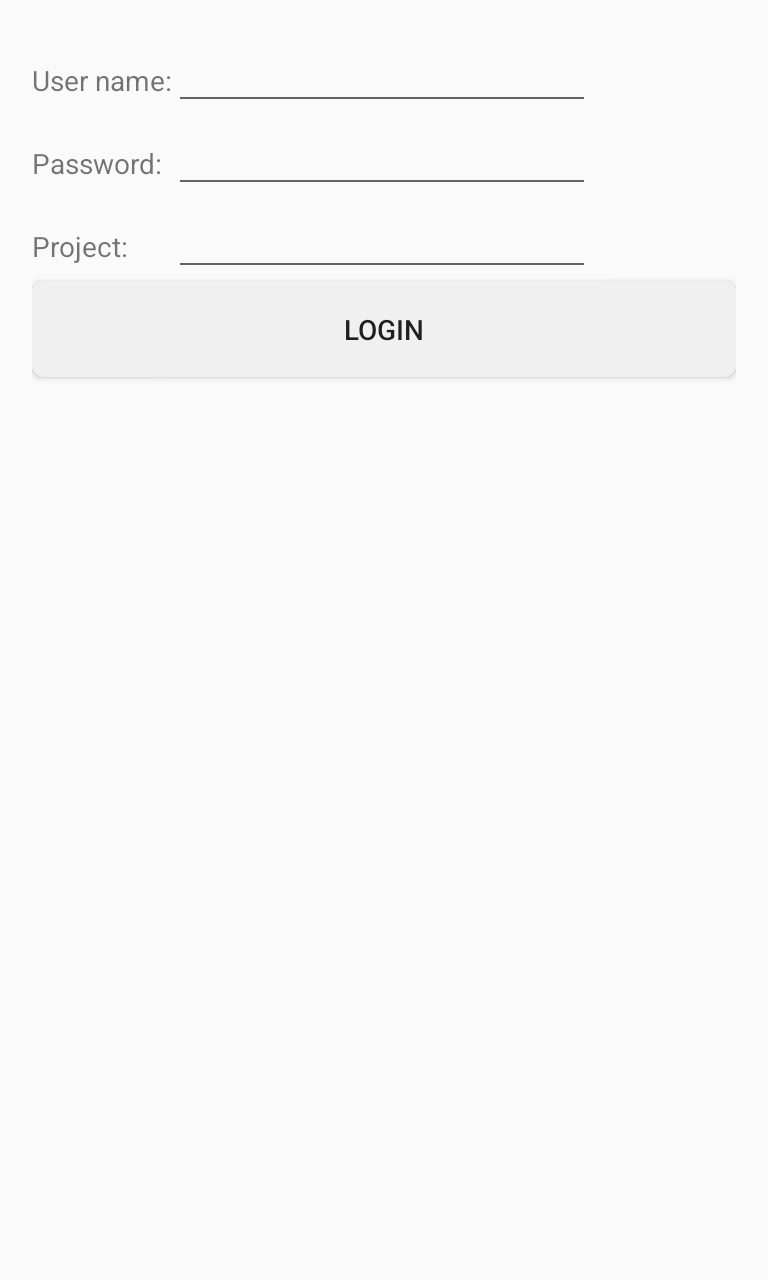
Repository: TheDizzler/shiny-octo-robot
Layout: Qdap/res/layout/fragment_login.xml
An editor plug-in stored every save of this project. The layout is shown before and after a run of saves, followed by the edit.
It is drawn on a 768 x 1280 px phone screen (xhdpi) without system bars, with theme AppTheme; the app's code is not run.

Above is the layout before, as saved 2014-05-14 22:38:00.

After the next 2 saves:
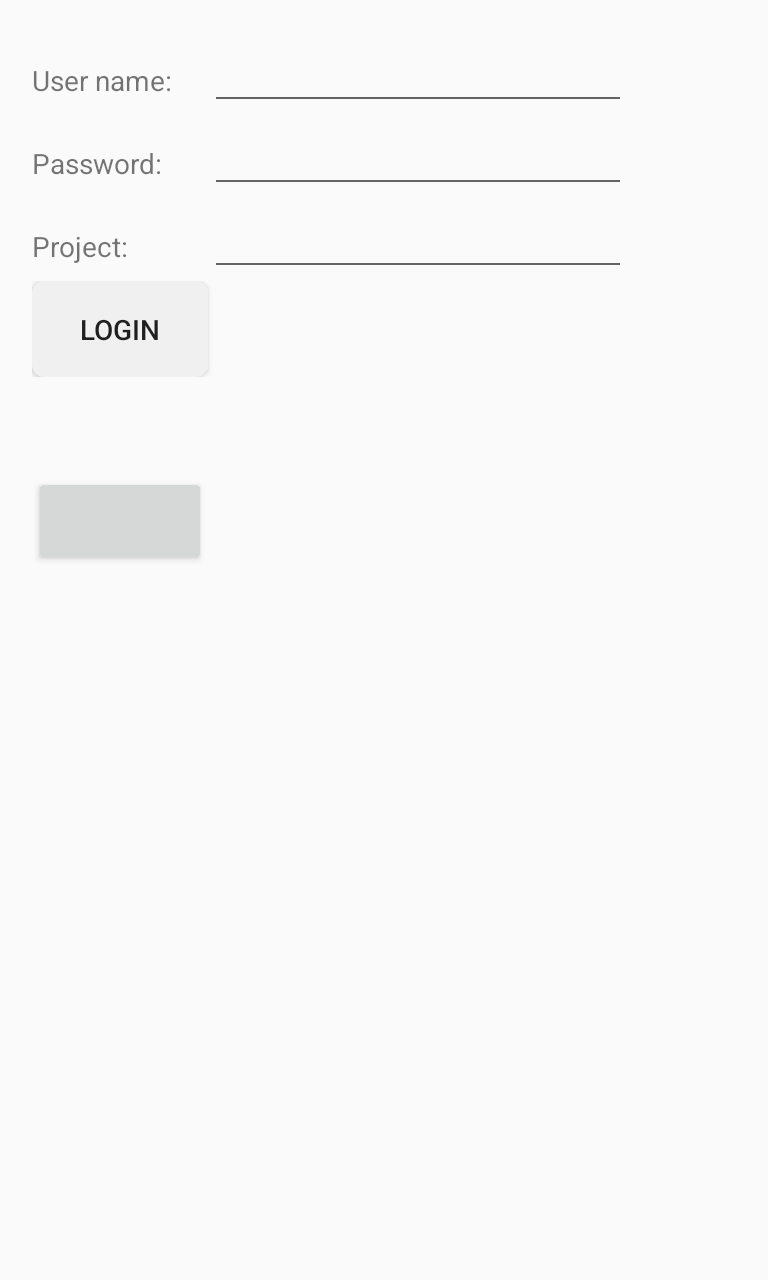
The 2 saves are shown as one change because 1 did not build or start.
The last was saved 23 min 36 s later.
--- a/Qdap/res/layout/fragment_login.xml
+++ b/Qdap/res/layout/fragment_login.xml
@@ -56,16 +56,28 @@
             android:inputType="text" />
     </TableRow>
 
-    <Button
-        android:background="@drawable/custom_button"
-        android:onClick="login"
-        android:text="@string/login" />
+    <TableRow>
 
-    <Button
-        android:id="@+id/sync_button"
-        android:background="@drawable/custom_button"
-        android:onClick="sync"
-        android:text="Sync"
-        android:visibility="invisible" />
+        <Button
+            android:background="@drawable/custom_button"
+            android:onClick="login"
+            android:text="@string/login" />
+    </TableRow>
+
+    <TableRow>
+
+        <Button
+            android:id="@+id/sync_button"
+            android:background="@drawable/custom_button"
+            android:onClick="sync"
+            android:text="Sync"
+            android:visibility="invisible" />
+    </TableRow>
+
+    <TableRow>
+
+        <Button android:id="@+id/testproject_button" >
+        </Button>
+    </TableRow>
 
 </TableLayout>
